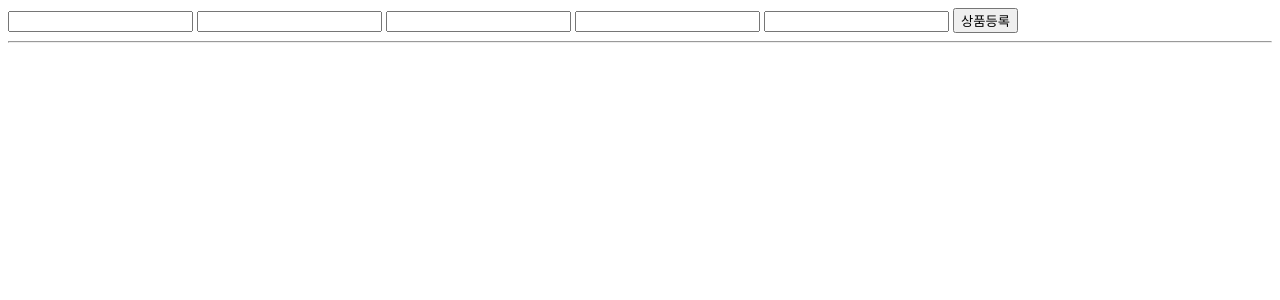
Repository: KangJinSol/jsp
Page: http://localhost/ProductWeb/product_manager.jsp
An editor plug-in stored every save of this project. The page is shown before and after the next save, followed by the edit.
The browser window is 1280 px wide. The pictures show the whole page.
The page is served by Tomcat 9.

Above is the page before, as saved 2021-01-27 07:16:19.

After the next save:
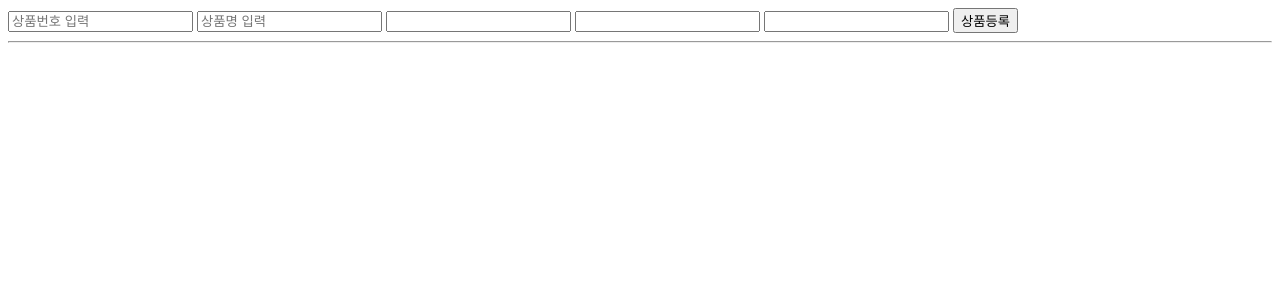
Saved 73 s later.
--- a/spring/ProductWeb/WebContent/product_manager.jsp
+++ b/spring/ProductWeb/WebContent/product_manager.jsp
@@ -12,11 +12,11 @@
 </head>
 <body>
 <form id="frm">
-	<input type="text" name="product_no">
-	<input type="text" name="product_name">
-	<input type="text" name="price">
-	<input type="text" name="ea">
-	<input type="text" name="maker">
+	<input type="text" name="product_no" placeholder="상품번호 입력">
+	<input type="text" name="product_name" placeholder="상품명 입력">
+	<input type="text" name="price" placeholder="">
+	<input type="text" name="ea" placeholder="">
+	<input type="text" name="maker" placeholder="">
 	<button type="button">상품등록</button>
 </form>
 <hr>
